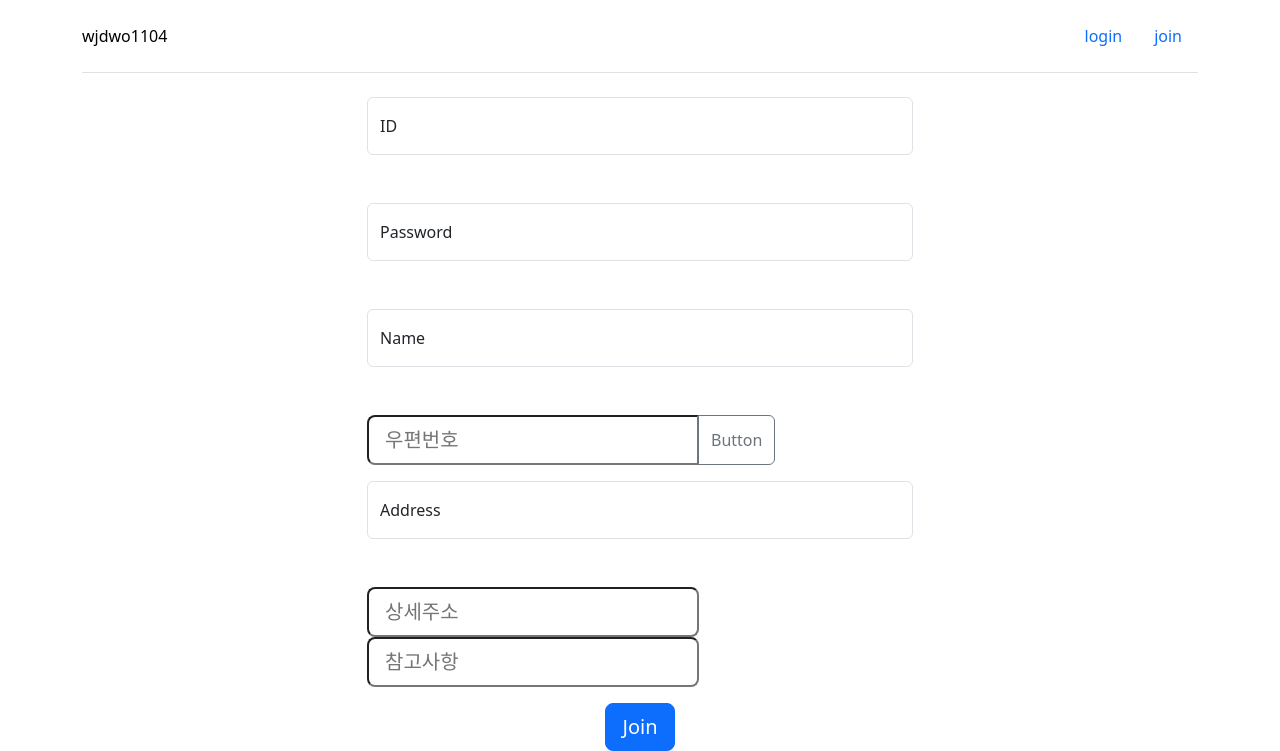
Repository: gain00/lecture1
Page: http://localhost/db-connect/join-form.jsp
An editor plug-in stored every save of this project. The page is shown before and after the next save, followed by the edit.
The browser window is 1280 px wide. The pictures show the whole page.
The page is served by Tomcat 9.

Above is the page before, as saved 2023-06-08 00:48:00.

After the next save:
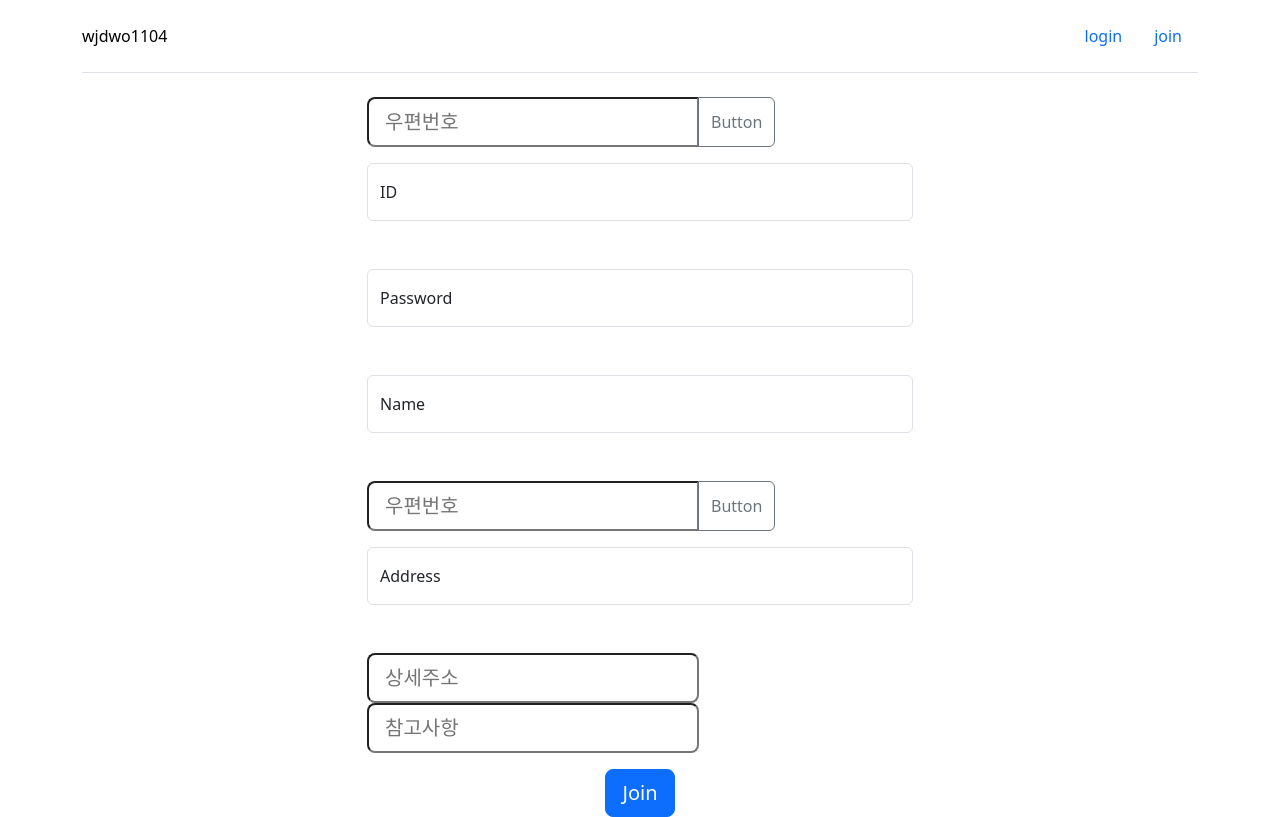
Saved 10 min 39 s later.
--- a/db-connect/src/main/webapp/join-form.jsp
+++ b/db-connect/src/main/webapp/join-form.jsp
@@ -6,6 +6,11 @@
     <div class="container-sm">
       <div class="row justify-content-center">
         <div class="col-6">
+
+             <div class="input-group mb-3">
+            <input type="text" class="form-control-lg" placeholder="우편번호" id="zonecode" name="zonecode" readonly />
+            <button class="btn btn-outline-secondary" type="button" id="button-addon2" onclick="searchZonecode()">Button</button>
+          </div>
           <div class="form-floating mb-5">
             <input type="text" class="form-control" name="userId" id="floatingInput" placeholder="아이디를 입력해주세요" />
             <label for="floatingInput">ID</label>
